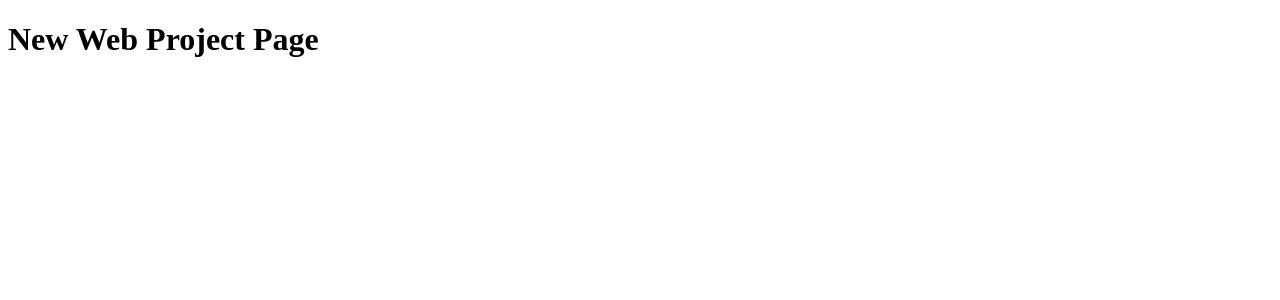
Repository: seantao97/publicProjects
Page: GuessTwoo/v8/Aptana Javascript/GuessTwooServer/views/change_password.html
The author's editor kept a copy of each file at every save. The page is drawn from the files as they stood at one save, then again after the next save.
The browser window is 1280 px wide. The pictures show the whole page.

Above is the page before, as saved 2016-07-18 01:57:57.

### GuessTwoo/v8/Aptana Javascript/GuessTwooServer/views/change_password.html
<!DOCTYPE HTML PUBLIC "-//W3C//DTD HTML 4.01 Transitional//EN"
"http://www.w3.org/TR/html4/loose.dtd">
<html xmlns="http://www.w3.org/1999/xhtml">
	<head>
		<meta http-equiv="Content-Type" content="text/html; charset=utf-8" />
		<title>New Web Project</title>
	</head>
	<body>
		<h1>New Web Project Page</h1>
	</body>
</html>

After the next save:
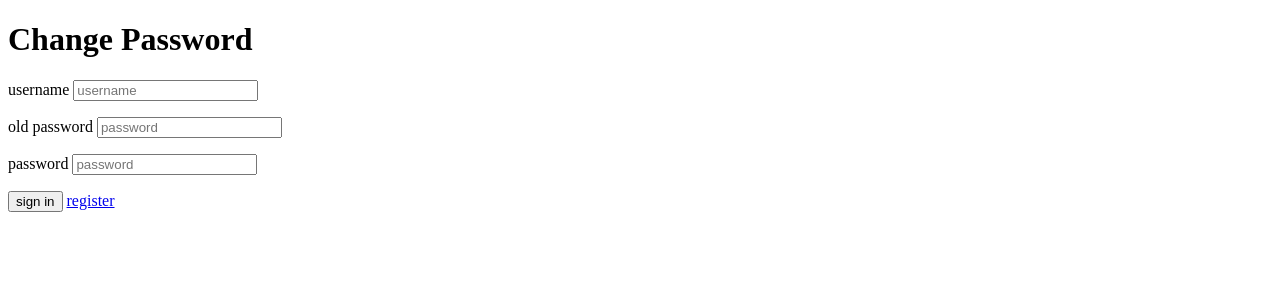
Saved 107 s later.
--- a/GuessTwoo/v8/Aptana Javascript/GuessTwooServer/views/change_password.html
+++ b/GuessTwoo/v8/Aptana Javascript/GuessTwooServer/views/change_password.html
@@ -3,9 +3,31 @@
 <html xmlns="http://www.w3.org/1999/xhtml">
 	<head>
 		<meta http-equiv="Content-Type" content="text/html; charset=utf-8" />
-		<title>New Web Project</title>
+		<title>Change Password</title>
 	</head>
 	<body>
-		<h1>New Web Project Page</h1>
+		<h1>Change Password</h1>
+		<form method="post" id="changePasswordForm" action="/signin">
+			<p>
+				<label for="username">username</label>
+				<input type="text" name="username" id="username"
+				placeholder="username"  maxlength=50 required="required"/>
+			</p>
+			<p>
+				<label for="oldPassword">old password</label>
+				<input type="text" name="oldPassword" id="oldPassword"
+				placeholder="password" maxlength=50 required="required"/>
+			</p>
+			<p>
+				<label for="password">password</label>
+				<input type="text" name="password" id="password"
+				placeholder="password" maxlength=50 required="required"/>
+			</p>
+			<p>
+				<input type="submit" name="signin" id="signin" value="sign in"/>
+				<a href="/signup" title="register">register</a>
+			</p>
+
+		</form>
 	</body>
 </html>
